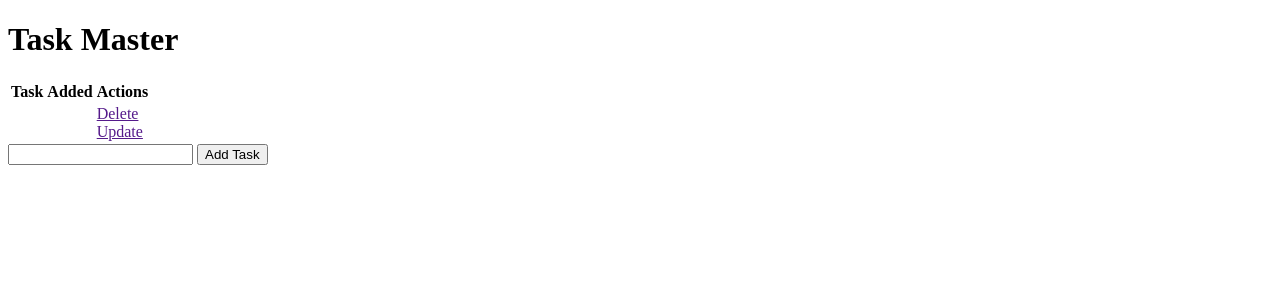
Repository: Mbote-Joseph/Python-Data-Structures
Page: http://localhost/
An editor plug-in stored every save of this project. The page is shown before and after the next save, followed by the edit.
The browser window is 1280 px wide. The pictures show the whole page.
The page is served by the project's application, run on Flask 3 (app.py). Queries for data that is not in the repository find no rows.

Above is the page before, as saved 2025-12-10 21:20:18.

### Flask/taskmanager/templates/index.html
{% extends "base.html" %}

{% block head %}
<title> Flask Tutorial </title>
{% endblock %}

{% block body %}
<div class="content">
    <h1> Task Master </h1>

    <table>
        <tr>
            <th> Task </th>
            <th> Added </th>
            <th> Actions </th>
        </tr>
        <tr>
            <td> </td>
            <td> </td>
            <td>
                <a href=""> Delete </a>
                <br>
                <a href=""> Update </a>
            </td>
        </tr>
    </table>

    <form action="/" method="POST">
        <input type="text" name="content" id="content">
        <input type="submit" value="Add Task">
    </form>
</div>
{% endblock %}

### Flask/taskmanager/templates/base.html
<!DOCTYPE html>
<html lang="en">
<head>
    <meta charset="UTF-8">
    <meta name="viewport" content="width=device-width, initial-scale=1.0">
    <link rel="stylesheets" href="{{url_for('static', filename='css/main.css')}}">
    {% block head %} {% endblock %}
</head>
<body>
    {% block body %} {% endblock %}
</body>
</html>

### Flask/taskmanager/app.py
from flask import Flask, render_template , request, url_for, redirect
from flask_sqlalchemy import SQLAlchemy
from datetime import datetime

app = Flask(__name__)
app.config['SQLALCHEMY_DATABASE_URI'] = 'sqlite:///test.db'
db = SQLAlchemy(app)

class Todo(db.Model):
    id = db.Column(db.Integer, primary_key = True)
    content = db.Column(db.String(200), nullable=False)
    date_created = db.Column(db.DateTime, default=datetime.utcnow)

    def __repr__(self):
        return '<Task %r>' % self.id

@app.route('/', methods=['POST', 'GET'])
def index():
    if request.method == 'POST':
        task_content = request.form['content']
        new_task = Todo(content = task_content)

        try:
            db.session.add(new_task)
            db.session.commit()
            return redirect('/')
        except:
            return "There was an issue adding your task"
    else:
        tasks = Todo.query.order_by(Todo.date_created).all()
        return render_template('index.html', tasks = tasks)

if __name__ == "__main__":
    app.run(debug=True)

After the next save:
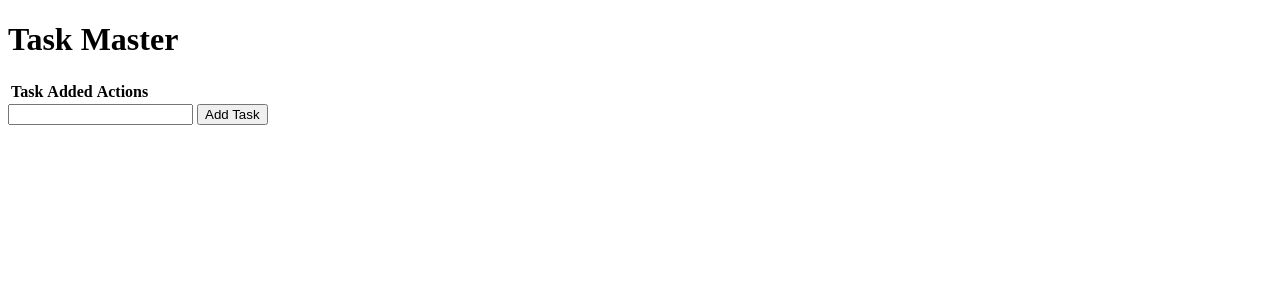
Saved 89 s later.
--- a/Flask/taskmanager/templates/index.html
+++ b/Flask/taskmanager/templates/index.html
@@ -14,15 +14,18 @@
             <th> Added </th>
             <th> Actions </th>
         </tr>
+
+        {% for task in tasks %}
         <tr>
-            <td> </td>
-            <td> </td>
+            <td>{task.content} </td>
+            <td> {task.date_created}</td>
             <td>
                 <a href=""> Delete </a>
                 <br>
                 <a href=""> Update </a>
             </td>
         </tr>
+        {% endfor %}
     </table>
 
     <form action="/" method="POST">
